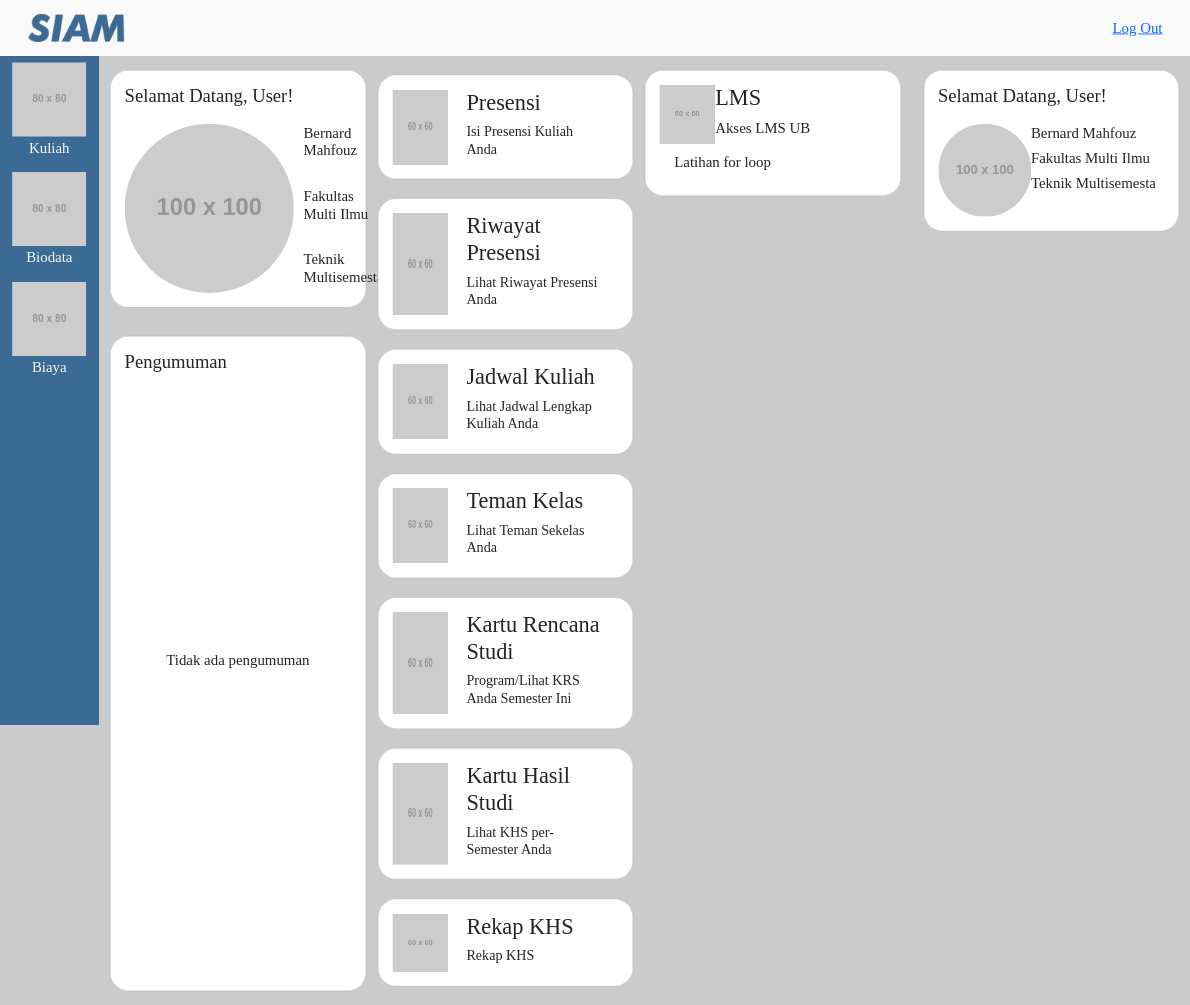
Repository: haikalirf/Project-IMK
Page: kuliah.html
These files come from the project's save history. The page is drawn as it stood at one moment and after the next save; the edit follows.
The browser window is 1280 px wide. The pictures show the whole page, at 93% of full size.
Some web fonts or font styles are not loaded; a fallback is used.

Above is the page before, as saved 2022-12-10 19:57:14.

### kuliah.html
<!DOCTYPE html>
<html lang="en">
<head>
	<meta charset="UTF-8">
	<meta http-equiv="X-UA-Compatible" content="IE=edge">
	<meta name="viewport" content="width=device-width, initial-scale=1.0">
	<title>SIAM</title>
	<link rel="icon" href="/assets/logo_ub.ico">
	<link rel="stylesheet" href="https://cdn.jsdelivr.net/npm/bootstrap@5.2.3/dist/css/bootstrap.min.css" integrity="sha384-rbsA2VBKQhggwzxH7pPCaAqO46MgnOM80zW1RWuH61DGLwZJEdK2Kadq2F9CUG65" crossorigin="anonymous">
	<link rel="stylesheet" href="/styles/kuliah.css">
</head>
<body>
	<nav class="navbar" id="navbar">
		<a class="navbar-brand" href="/kuliah.html">
			<img id="navbar-image" src="/assets/SIAM.png" alt="SIAM">
		</a>
		<a class="navbar-link" href="#">Log Out</a>
	</nav>
	<main>
		<div class="mh-100" id="sidebar">
			<a class="btn" href="">
				<img id="sidebar-kuliah" src="https://via.placeholder.com/80" alt="Kuliah">
				<br>
				<label for="sidebar-kuliah">Kuliah</label>
			</a>
			<a class="btn" href="">
				<img id="sidebar-biodata" src="https://via.placeholder.com/80" alt="Biodata">
				<br>
				<label for="sidebar-biodata">Biodata</label>
			</a>
			<a class="btn" href="">
				<img id="sidebar-biaya" src="https://via.placeholder.com/80" alt="Biaya">
				<br>
				<label for="sidebar-biaya">Biaya</label>
			</a>
		</div>
		<div class="row main-rows">
			<div class="col d-flex flex-column">
				<div class="card" id="card-user">
					<h5 class="card-title">Selamat Datang, User!</h5>
					<div class="card-body">
						<img class="rounded-circle" src="https://via.placeholder.com/100" alt="User Image">
						<div class="card-text-user">
							<h6>Bernard Mahfouz</h6>
							<h6>Fakultas Multi Ilmu</h6>
							<h6>Teknik Multisemesta</h6>
						</div>
					</div>
				</div>
				<div class="card" id="card-pengumuman">
					<h5>Pengumuman</h5>
					<br>
					<div id="text-pengumuman">
						<h6>Tidak ada pengumuman</h6>
					</div>
				</div>
			</div>
			<div class="col d-flex flex-column col-pilihan">
				<div class="card card-pilihan">
					<div class="pilihan-body">
						<img src="https://via.placeholder.com/60" alt="">
						<div class="pilihan-text">
							<h4>Presensi</h4>
							<h6>Isi Presensi Kuliah Anda</h6>
						</div>
					</div>
				</div>
				<div class="card card-pilihan">
					<div class="pilihan-body">
						<img src="https://via.placeholder.com/60" alt="">
						<div class="pilihan-text">
							<h4>Riwayat Presensi</h4>
							<h6>Lihat Riwayat Presensi Anda</h6>
						</div>
					</div>
				</div>
				<div class="card card-pilihan">
					<div class="pilihan-body">
						<img src="https://via.placeholder.com/60" alt="">
						<div class="pilihan-text">
							<h4>Jadwal Kuliah</h4>
							<h6>Lihat Jadwal Lengkap Kuliah Anda</h6>
						</div>
					</div>
				</div>
				<div class="card card-pilihan">
					<div class="pilihan-body">
						<img src="https://via.placeholder.com/60" alt="">
						<div class="pilihan-text">
							<h4>Teman Kelas</h4>
							<h6>Lihat Teman Sekelas Anda</h6>
						</div>
					</div>
				</div>
				<div class="card card-pilihan">
					<div class="pilihan-body">
						<img src="https://via.placeholder.com/60" alt="">
						<div class="pilihan-text">
							<h4>Kartu Rencana Studi</h4>
							<h6>Program/Lihat KRS Anda Semester Ini</h6>
						</div>
					</div>
				</div>
				<div class="card card-pilihan">
					<div class="pilihan-body">
						<img src="https://via.placeholder.com/60" alt="">
						<div class="pilihan-text">
							<h4>Kartu Hasil Studi</h4>
							<h6>Lihat KHS per-Semester Anda</h6>
						</div>
					</div>
				</div>
				<div class="card card-pilihan">
					<div class="pilihan-body">
						<img src="https://via.placeholder.com/60" alt="">
						<div class="pilihan-text">
							<h4>Rekap KHS</h4>
							<h6>Rekap KHS</h6>
						</div>
					</div>
				</div>
			</div>
			<div class="col d-flex flex-column">
				<div class="card card-extra">
					<div class="card-extra-top">
						<img src="https://via.placeholder.com/60" alt="">
						<div class="card-extra-text">
							<h4>LMS</h4>
							<h6>Akses LMS UB</h6>
						</div>
					</div>
					<div class="card-extra-bottom">
						<ul class="list-group list-group-flush">
							<li class="list-group-item">Latihan for loop</li>
						</ul>
					</div>
				</div>
			</div>
			<div class="col d-flex flex-column">
				<div class="card">
					<h5 class="card-title">Selamat Datang, User!</h5>
					<div class="card-body">
						<img class="rounded-circle" src="https://via.placeholder.com/100" alt="User Image">
						<div class="card-text-group">
							<h6>Bernard Mahfouz</h6>
							<h6>Fakultas Multi Ilmu</h6>
							<h6>Teknik Multisemesta</h6>
						</div>
					</div>
				</div>
			</div>
		</div>
	</main>
	<script src="https://cdn.jsdelivr.net/npm/bootstrap@5.2.3/dist/js/bootstrap.bundle.min.js" integrity="sha384-kenU1KFdBIe4zVF0s0G1M5b4hcpxyD9F7jL+jjXkk+Q2h455rYXK/7HAuoJl+0I4" crossorigin="anonymous"></script>
</body>
</html>

### styles/kuliah.css
html {
	box-sizing: border-box;
}

*, *:before, *:after {
	box-sizing: inherit;
}

body {
	background-color: #cbcbcb;
	font-family: 'readex';
}

@font-face {
	font-family: 'readex';
	src:url('/assets/fonts/ReadexPro-Medium.ttf');
}

#navbar {
	display: flex;
	justify-content: space-between;
	position: fixed;
	background-color: #f9f9f9;
	z-index: 1;
	width: 100%;
	padding: 0px 30px;
}

#navbar-image {
	height: 50px;
}

main {
	padding-top: 60px;
	display: flex;
	height: 100vh;
}

#sidebar {
	background-color: #3b6a94;
	display: flex;
	flex-direction: column;
	flex: 1;
	position: fixed;
	height: 100vh;
}

a img, a label {
	color: #f9f9f9;
}

.main-rows{
	margin: 0px;
	margin-left: 106px;
	width: calc(100% - 106px);
	flex: 100;
}

.card {
	margin: 15px 0px;
	padding: 15px;
	border-radius: 20px;
}

.card-body{
	display: flex;
	padding: 10px 0px 0px;
}

.card-text-user {
	margin-left: 10px;
	display: flex;
	flex-direction: column;
	justify-content: space-between;
}

#card-user {
	flex: 1;
}

#card-pengumuman {
	flex: 3;
}

#text-pengumuman {
	display: flex;
	justify-content: center;
	align-items: center;
	position: absolute;
	top:0;
	bottom: 0;
	left: 0;
	right: 0;
	margin: auto;
}

.col-pilihan {
	padding: 10px 0px;
}

.card-pilihan {
	flex: 1;
	margin: 10px 0px;
}

.pilihan-body {
	display: flex;
	position: relative;
	top: 50%;
	-webkit-transform: translateY(-50%);
	-ms-transform: translateY(-50%);
	transform: translateY(-50%);
}

.pilihan-text {
	margin: 0px 20px;
}

.pilihan-text h6 {
	font-size: 0.95em;
}

.card-extra-top {
	display: flex;
}

After the next save:
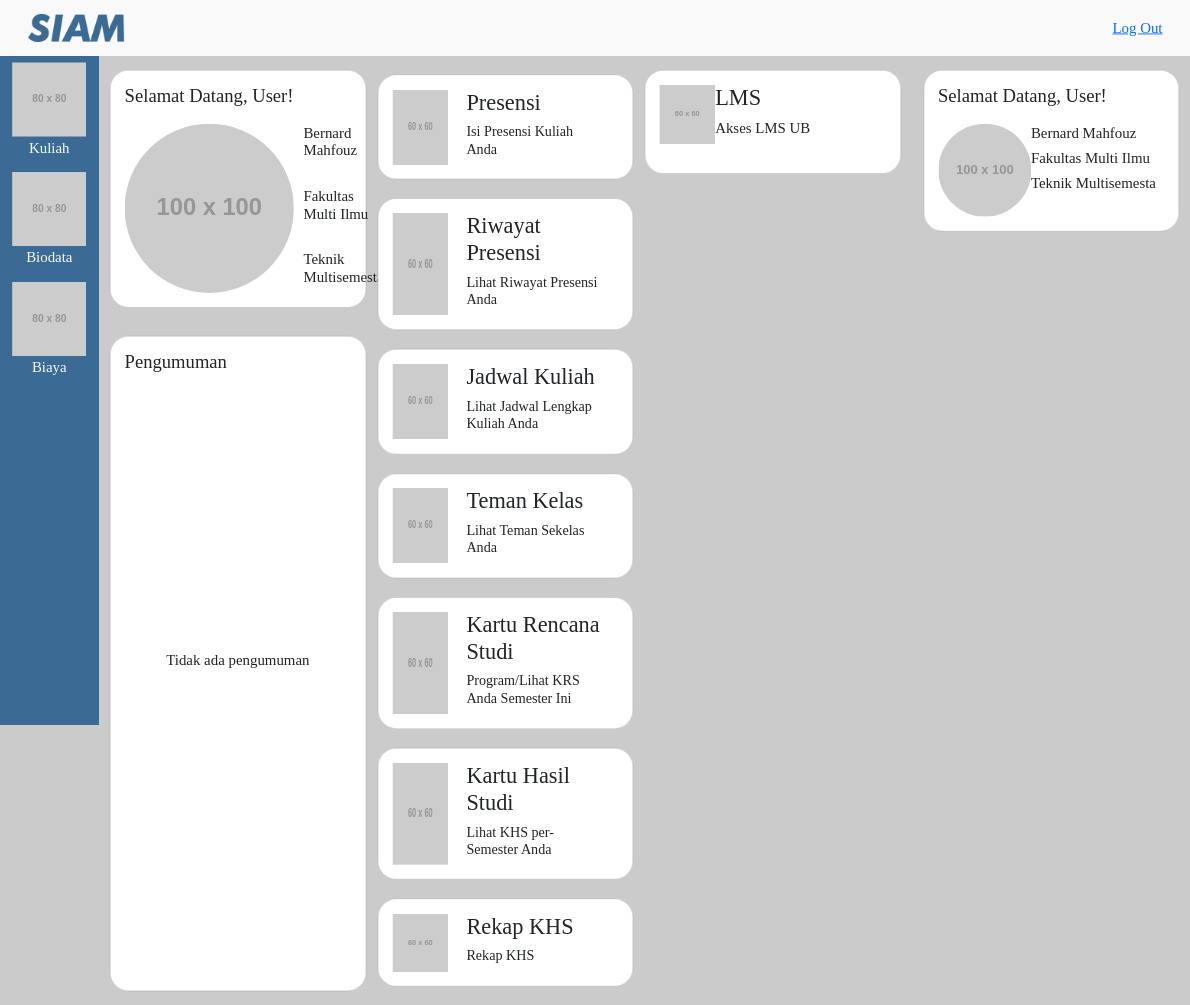
Saved 15 s later.
--- a/kuliah.html
+++ b/kuliah.html
@@ -131,7 +131,9 @@
 					</div>
 					<div class="card-extra-bottom">
 						<ul class="list-group list-group-flush">
-							<li class="list-group-item">Latihan for loop</li>
+							<li class="list-group-item">
+								<div></div>
+							</li>
 						</ul>
 					</div>
 				</div>
